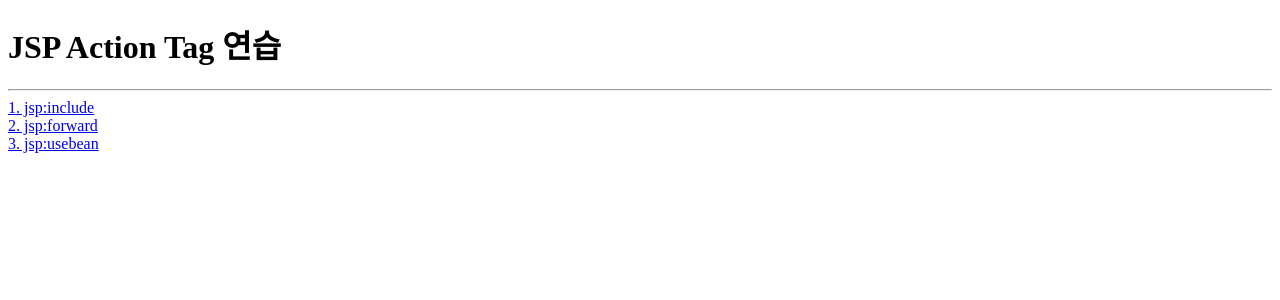
Repository: ajtwls1256/Web-workspace
Page: Day55-jspTag/WebContent/index.html
These files come from the project's save history. The page is drawn as it stood at one moment and after the next save; the edit follows.
The browser window is 1280 px wide. The pictures show the whole page.

Above is the page before, as saved 2019-10-14 01:27:55.

### Day55-jspTag/WebContent/index.html
<!DOCTYPE html>
<html>
<head>
<meta charset="UTF-8">
<title>Insert title here</title>
</head>
<body>
	<h1> JSP Action Tag 연습</h1>
	<hr>
	<!-- context root 가 /jsp이므로 a태그와 같이 브라우저에서 읽어지는 태그에선 context root에 맞춰서 넣어준다. -->
	<a href="/jsp/actionTag/jsp_include.jsp">1. jsp:include</a><br>

	<a href="/jsp/actionTag/jsp_forward.jsp">2. jsp:forward</a><br>

	<a href="/jsp/actionTag/jsp_usebean.jsp">3. jsp:usebean</a><br>

</body>
</html>

After the next save:
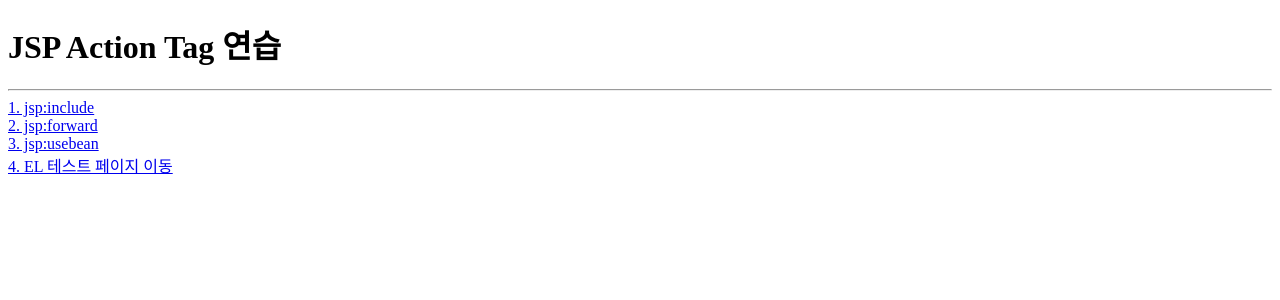
Saved 13 min 55 s later.
--- a/Day55-jspTag/WebContent/index.html
+++ b/Day55-jspTag/WebContent/index.html
@@ -14,5 +14,7 @@
 
 	<a href="/jsp/actionTag/jsp_usebean.jsp">3. jsp:usebean</a><br>
 
+	<a href="/jsp/EL/jsp_EL.html">4. EL 테스트 페이지 이동</a>
+
 </body>
 </html>
